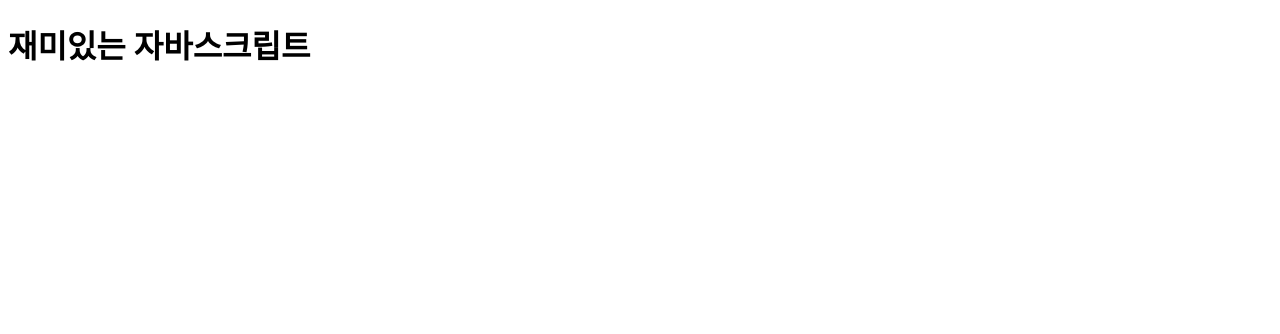
Repository: song-bean/Web_song
Page: 03_JavaScript/src/main/webapp/01_basic/Ex12.html
An editor plug-in stored every save of this project. The page is shown before and after the next save, followed by the edit.
The browser window is 1280 px wide. The pictures show the whole page.

Above is the page before, as saved 2023-02-24 07:27:04.

### 03_JavaScript/src/main/webapp/01_basic/Ex12.html
<!DOCTYPE html>
<html>
<head>
<meta charset="UTF-8">
<title>Ex12</title>
<script type="text/javascript">

</script>
</head>
<body>
	<h1>재미있는 자바스크립트</h1>
</body>
</html>

After the next save:
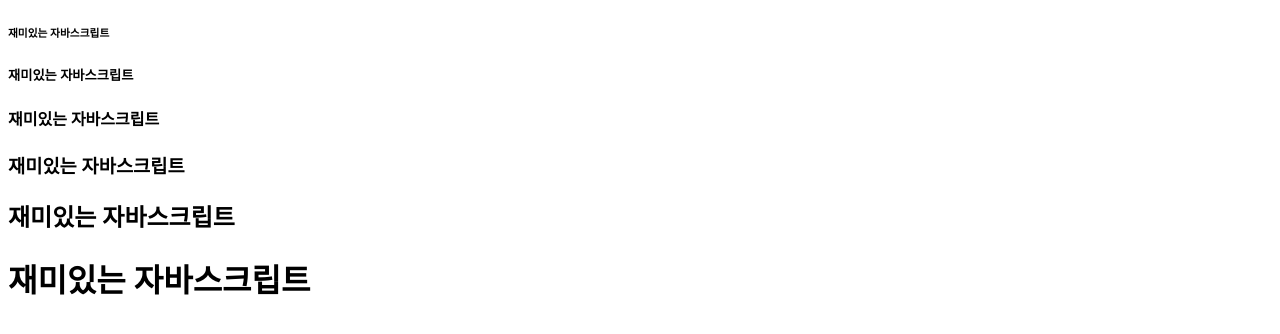
Saved 21 s later.
--- a/03_JavaScript/src/main/webapp/01_basic/Ex12.html
+++ b/03_JavaScript/src/main/webapp/01_basic/Ex12.html
@@ -8,6 +8,11 @@
 </script>
 </head>
 <body>
+	<h6>재미있는 자바스크립트</h6>
+	<h5>재미있는 자바스크립트</h5>
+	<h4>재미있는 자바스크립트</h4>
+	<h3>재미있는 자바스크립트</h3>
+	<h2>재미있는 자바스크립트</h2>
 	<h1>재미있는 자바스크립트</h1>
 </body>
 </html>
